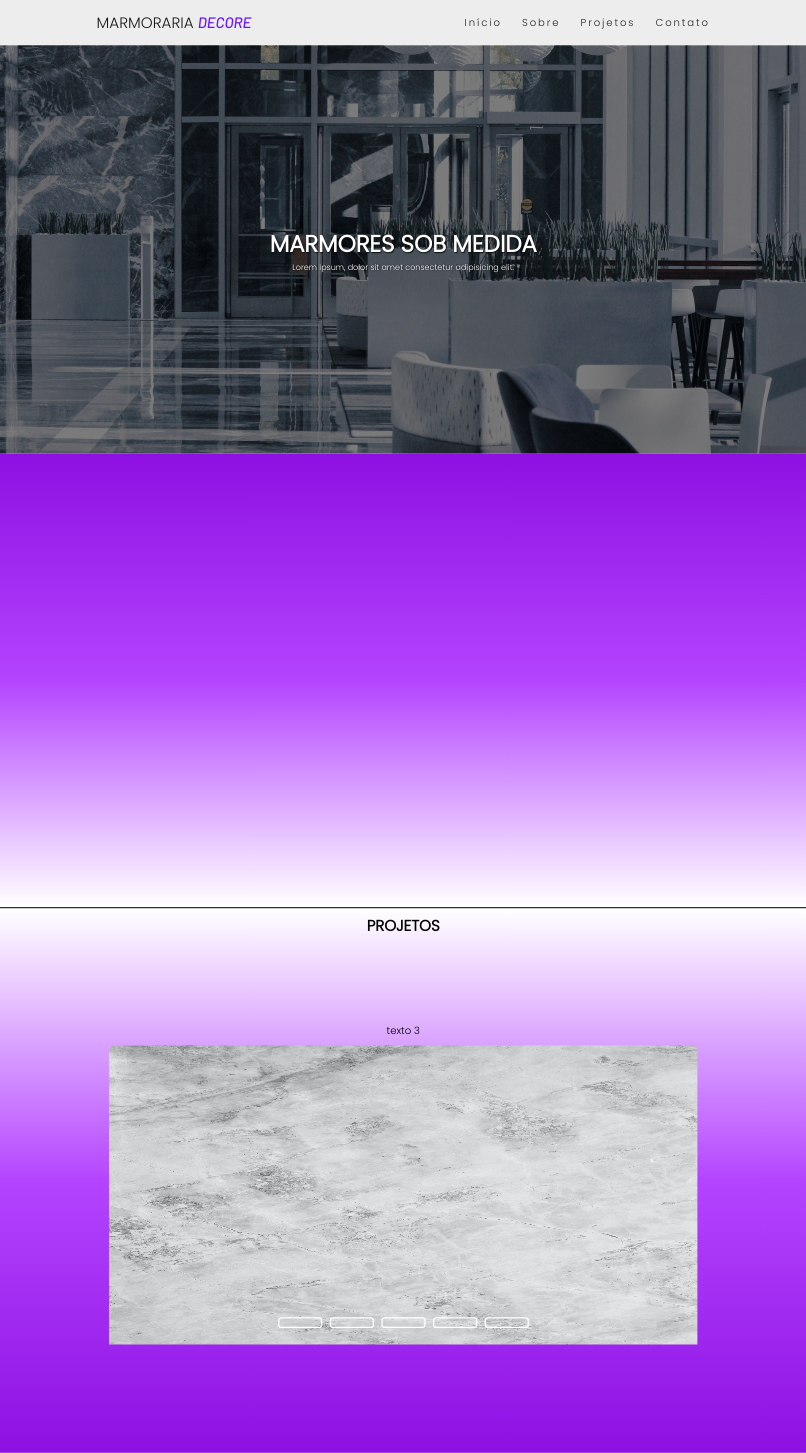
Repository: XFERRER7/projeto-xt7
Page: projetoMarmoraria/index.html
These files come from the project's save history. The page is drawn as it stood at one moment and after the next save; the edit follows.
The browser window is 1280 px wide. The pictures show the whole page, at 63% of full size.
After loading, the first visible `#lbl3` was clicked once.

Above is the page before, as saved 2022-04-21 17:07:06.

After the next save:
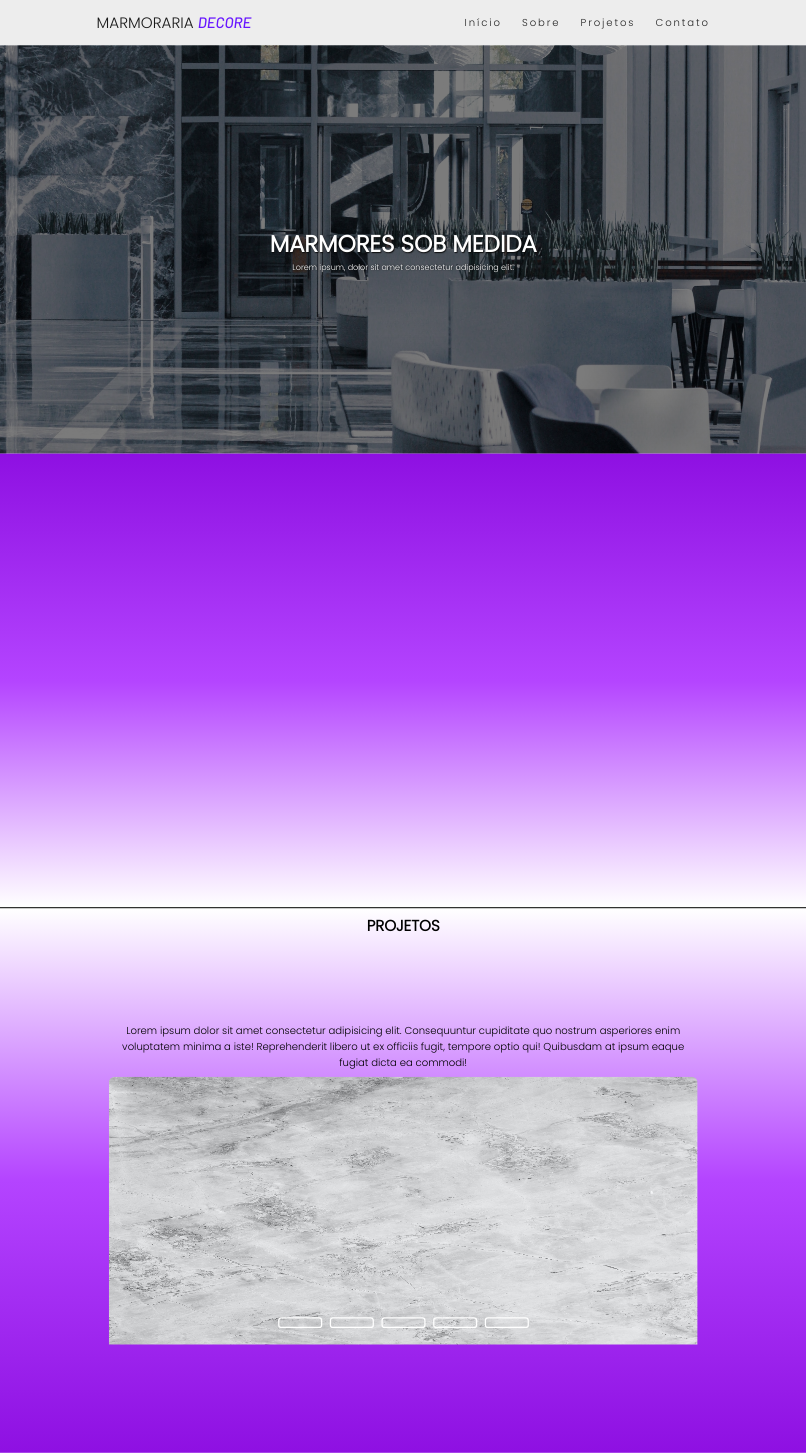
Console error: SyntaxError: Invalid or unexpected token
Saved 4 s later.
--- a/projetoMarmoraria/js/changeText.js
+++ b/projetoMarmoraria/js/changeText.js
@@ -5,7 +5,8 @@
   document.getElementById('descricao').textContent = "Lorem ipsum dolor sit, amet consectetur adipisicing elit. Sapiente distinctio ipsa incidunt non exercitationem laboriosam animi id accusamus placeat, commodi, veniam rerum ut! Fugiat tenetur unde nihil minima fuga veniam odio nulla pariatur eum reiciendis.";
 }
 function mudarTextoLbl3() {
-  document.getElementById('descricao').textContent = "texto 3";
+  document.getElementById('descricao').textContent = "Lorem ipsum dolor sit amet consectetur adipisicing elit. Quas nisi saepe nobis? Maxime blanditiis illo animi tempora maiores expedita qui eum, iusto, ratione odit quia repellendus delectus voluptate nobis nam tenetur, officiis magnam quisquam fugiat dicta nisi id natus. Magnam.
+  ";
 }
 function mudarTextoLbl4() {
   document.getElementById('descricao').textContent = "texto 4";

After the save that followed:
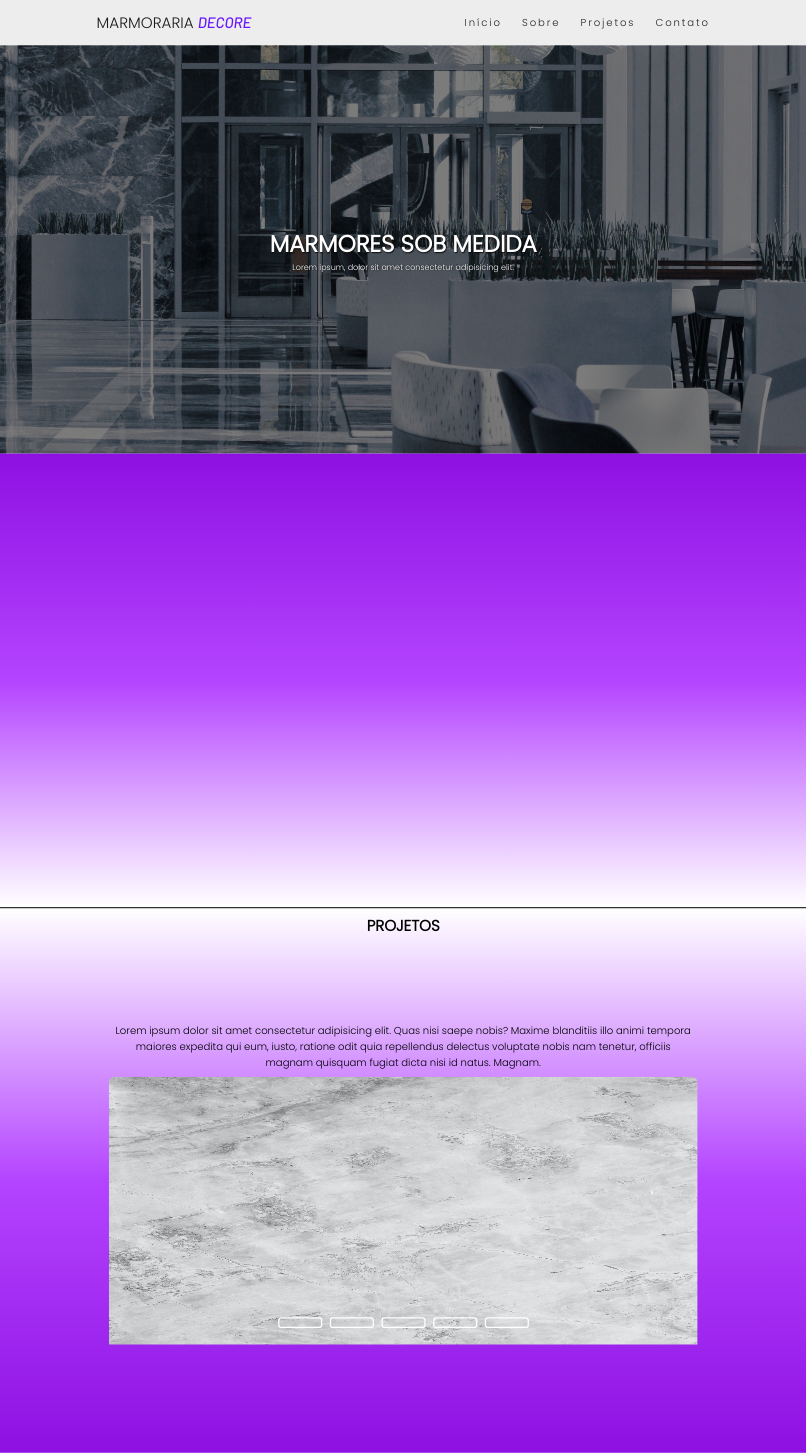
The error is gone.
Saved 2 s later.
--- a/projetoMarmoraria/js/changeText.js
+++ b/projetoMarmoraria/js/changeText.js
@@ -5,8 +5,7 @@
   document.getElementById('descricao').textContent = "Lorem ipsum dolor sit, amet consectetur adipisicing elit. Sapiente distinctio ipsa incidunt non exercitationem laboriosam animi id accusamus placeat, commodi, veniam rerum ut! Fugiat tenetur unde nihil minima fuga veniam odio nulla pariatur eum reiciendis.";
 }
 function mudarTextoLbl3() {
-  document.getElementById('descricao').textContent = "Lorem ipsum dolor sit amet consectetur adipisicing elit. Quas nisi saepe nobis? Maxime blanditiis illo animi tempora maiores expedita qui eum, iusto, ratione odit quia repellendus delectus voluptate nobis nam tenetur, officiis magnam quisquam fugiat dicta nisi id natus. Magnam.
-  ";
+  document.getElementById('descricao').textContent = "Lorem ipsum dolor sit amet consectetur adipisicing elit. Quas nisi saepe nobis? Maxime blanditiis illo animi tempora maiores expedita qui eum, iusto, ratione odit quia repellendus delectus voluptate nobis nam tenetur, officiis magnam quisquam fugiat dicta nisi id natus. Magnam.";
 }
 function mudarTextoLbl4() {
   document.getElementById('descricao').textContent = "texto 4";
